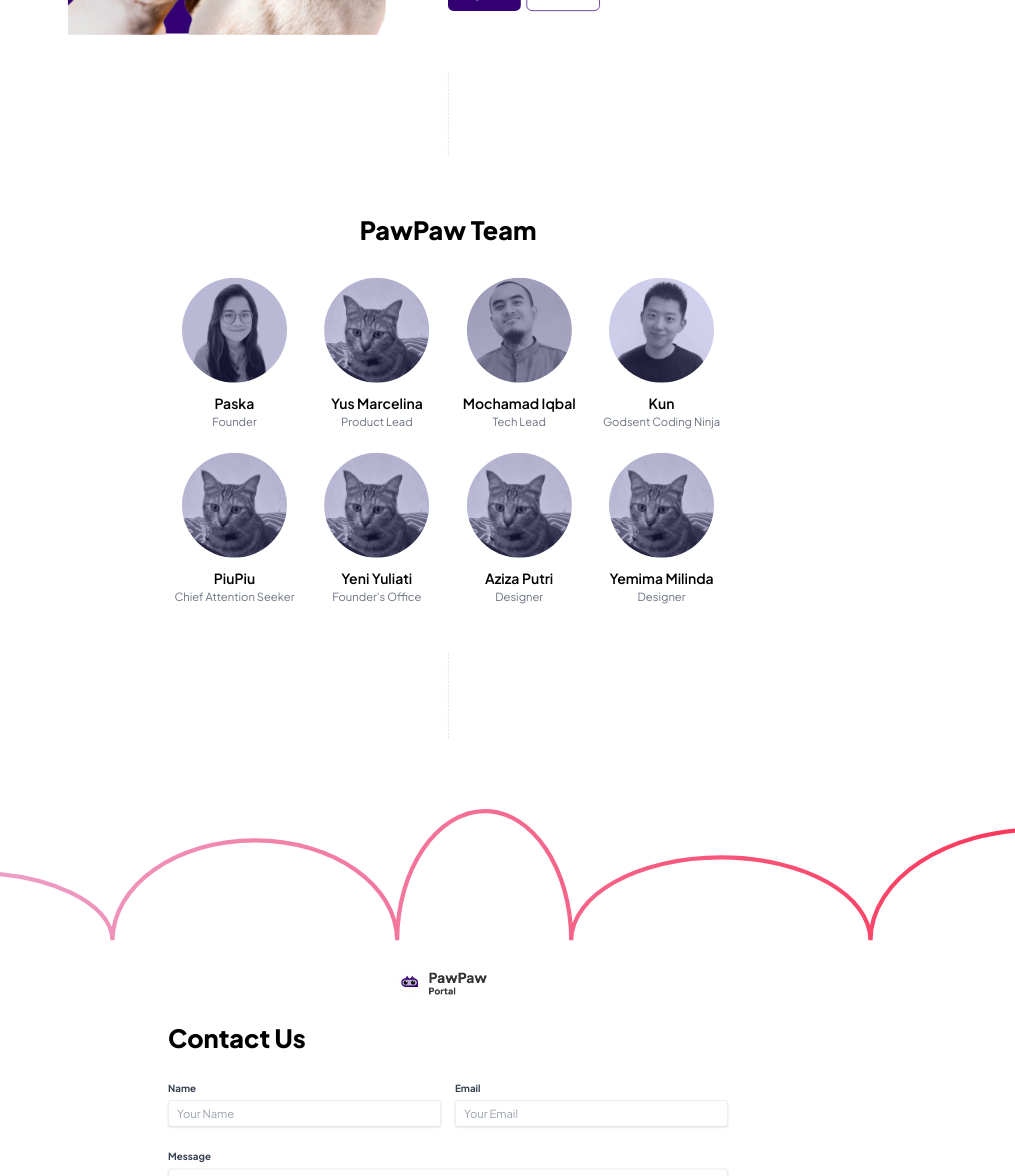
Repository: paskasiregar/pawpawwebsite
Page: /
These files come from the project's save history. The page is drawn as it stood at one moment and after the next save; the edit follows.
The browser window is 1280 px wide. The page is 1450 px wide, so the pictures cover 1450 px, including what lies to the right of the window. The pictures show the part of the page from y = 1474 to 3154 px (the page is 4024 px tall), at 70% of full size.
The project was rebuilt for these pictures with package versions that can differ from the ones it lists, and the page was loaded fresh each time. The framework's server and built-in components were replaced by stand-ins that run in the browser. Also part of the build but not shown: next.config.js, next.config.mjs.

Above is the page before, as saved 2024-09-06 12:14:00.

### src/app/layout.js
import { Inter } from "next/font/google";
import "./globals.css";

const inter = Inter({ subsets: ["latin"] });

export const metadata = {
  title: "PawPaw Portal | Your One-Stop Shelter",
  description: "Your One-Stop Shelter",
};

export default function RootLayout({ children }) {
  return (
    <html lang="en">
      <meta
        name="google-adsense-account"
        content="ca-pub-4770655134097556"
      ></meta>
      <body className={inter.className}>{children}</body>
    </html>
  );
}

### src/app/page.js
import { Contact } from "@/components/contact";
import { Divider } from "@/components/divider";
import { Footer } from "@/components/footer";
import { Header } from "@/components/header";
import CTA from "@/components/CTA";
import Hero from "@/components/hero";
import PrimaryButton from "@/components/primaryButton";
import SecButton from "@/components/secButton";
import Image from "next/image";
import bannerImage from "../assets/banner.png";
import logoHeaderImage from "../assets/banner-10.png";
import Link from "next/link";
import Head from "next/head";
import piupiu from "../assets/piupiu.png";
import paska from "../assets/paska.png";
import iqbal from "../assets/iqbal.png";
import kun from "../assets/kun.png";

export default async function Home() {
  return (
    <div className="w-full font-plus-jakarta m-auto flex min-h-screen flex-col items-center justify-between">
      <Head>
        <script
          async
          src="https://pagead2.googlesyndication.com/pagead/js/adsbygoogle.js?client=ca-pub-4770655134097556"
          crossorigin="anonymous"
        ></script>
      </Head>
      <section className="w-full">
        <div className="centeredcontainer main-container">
          <Header />
        </div>
        <main className="main-container">
          <Hero />
          <Divider />
          <div className="self-stretch bg-white flex flex-col md:flex-row">
            <div className="flex-1 relative h-48 md:h-[489px] z-[0] flex items-center justify-center">
              <Image
                className="w-[80%] h-auto object-cover"
                alt="banner"
                src={bannerImage}
                width={200}
                height={200}
              />
            </div>

            {/* How it works */}
            <div
              id="how-it-works"
              className="flex-1 flex flex-col items-center md:items-start justify-center gap-4 z-[1] p-4 md:p-8"
            >
              <div className="space-y-4">
                <div className="flex justify-center md:justify-start">
                  <svg
                    width="130"
                    height="77"
                    viewBox="0 0 130 77"
                    fill="none"
                    xmlns="http://www.w3.org/2000/svg"
                  >
                    <path
                      d="M2.04016 48.038C39.1938 19.0059 75.4362 75.5193 75.4362 75.5193C58.6481 44.4597 70.5515 14.7701 105.05 54.8444C105.05 54.8444 88.8644 34.0647 127.885 2.52962"
                      stroke="url(#paint0_linear_545_35744)"
                      strokeWidth="4.42591"
                      strokeMiterlimit="10"
                      strokeLinejoin="bevel"
                    />
                    <defs>
                      <linearGradient
                        id="paint0_linear_545_35744"
                        x1="19.971"
                        y1="73.8863"
                        x2="126.116"
                        y2="-0.218346"
                        gradientUnits="userSpaceOnUse"
                      >
                        <stop offset="0.2868" stopColor="#E9404C" />
                        <stop offset="0.2967" stopColor="#EA475C" />
                        <stop offset="0.3252" stopColor="#EB5B85" />
                        <stop offset="0.3554" stopColor="#EB6CA8" />
                        <stop offset="0.3871" stopColor="#EC79C5" />
                        <stop offset="0.4209" stopColor="#EC84DB" />
                        <stop offset="0.4577" stopColor="#ED8BEB" />
                        <stop offset="0.4998" stopColor="#ED90F4" />
                        <stop offset="0.5589" stopColor="#ED91F7" />
                      </linearGradient>
                    </defs>
                  </svg>
                </div>
                <div className="hidden md:flex items-center justify-center">
                  <Image
                    className="w-36 h-10 object-cover"
                    alt="Logo"
                    src={logoHeaderImage}
                    width={120}
                    height={20}
                  />
                </div>
                <div className="flex flex-col items-center md:items-start">
                  <div className="relative font-extrabold text-2xl md:text-4xl text-center md:text-left">
                    How PawPaw Portal Works
                  </div>
                </div>
                <div className="self-stretch flex flex-col md:flex-row items-center md:items-start justify-start text-lg md:text-xl text-gray-500">
                  <div className="flex-1 flex flex-col items-center md:items-start justify-start">
                    <div className="self-stretch">
                      <p className="m-0 text-center md:text-left">
                        Every video you watch on our app can help animals in
                        need. Fun, isn&apos;t it?
                      </p>
                      <p className="m-2"></p>
                      <p className="m-0 text-center md:text-left">
                        Join us at PawPaw Portal, where animal lovers and
                        shelters meet. Let&apos;s make a difference together!
                      </p>
                    </div>
                  </div>
                </div>
                <div className="flex flex-col md:flex-row gap-2">
                  <PrimaryButton href="https://game.pawpawportal.com">
                    Play Now
                  </PrimaryButton>
                  <Link
                    href="#about-us"
                    className="flex flex-col md:flex-row gap-2"
                  >
                    <SecButton>About Us</SecButton>
                  </Link>
                </div>
              </div>
            </div>
          </div>

          {/* Team */}
          <Divider />
          <div
            id="team"
            className="flex-1 flex flex-col items-center md:items-center justify-center gap-4 z-[1] p-4 md:p-8"
          >
            <div className="space-y-4 justify-center">
              <div className="flex justify-center md:justify-center"></div>

              <div className="flex flex-col items-center md:items-center mb-8">
                <div className="relative font-extrabold text-2xl md:text-4xl text-center md:text-center mb-8">
                  PawPaw Team
                </div>
              </div>

              <div className="grid grid-cols-1 md:grid-cols-2 lg:grid-cols-4 gap-6 md:gap-8 justify-center">
                {/* Paska */}
                <div className="flex flex-col items-center">
                  <Image
                    className="rounded-full object-cover"
                    alt="Paska"
                    src={paska}
                    width={150}
                    height={150}
                    sizes="(max-width: 768px) 100px, (max-width: 1200px) 150px, 200px"
                  />
                  <div className="text-xl font-semibold mt-4">Paska</div>
                  <div className="text-gray-500">Founder</div>
                </div>

                {/* Kak Yus */}
                <div className="flex flex-col items-center">
                  <Image
                    className="rounded-full object-cover"
                    alt="Yus Marcelina"
                    src={piupiu}
                    width={150}
                    height={150}
                    sizes="(max-width: 768px) 100px, (max-width: 1200px) 150px, 200px"
                  />
                  <div className="text-xl font-semibold mt-4">
                    Yus Marcelina
                  </div>
                  <div className="text-gray-500">Product Lead</div>
                </div>

                {/* Mas Iqbal */}
                <div className="flex flex-col items-center">
                  <Image
                    className="rounded-full object-cover"
                    alt="Moch Iqbal"
                    src={iqbal}
                    width={150}
                    height={150}
                    sizes="(max-width: 768px) 100px, (max-width: 1200px) 150px, 200px"
                  />
                  <div className="text-xl font-semibold mt-4">
                    Mochamad Iqbal
                  </div>
                  <div className="text-gray-500">Tech Lead</div>
                </div>

                {/* Kun */}
                <div className="flex flex-col items-center">
                  <Image
                    className="rounded-full object-cover"
                    alt="Kun"
                    src={kun}
                    width={150}
                    height={150}
                    sizes="(max-width: 768px) 100px, (max-width: 1200px) 150px, 200px"
                  />
                  <div className="text-xl font-semibold mt-4">Kun</div>
                  <div className="text-gray-500">Godsent Coding Ninja</div>
                </div>

                {/* PiuPiu */}
                <div className="flex flex-col items-center">
                  <Image
                    className="rounded-full object-cover"
                    alt="PiuPiu"
                    src={piupiu}
                    width={150}
                    height={150}
                    sizes="(max-width: 768px) 100px, (max-width: 1200px) 150px, 200px"
                  />
                  <div className="text-xl font-semibold mt-4">PiuPiu</div>
                  <div className="text-gray-500">Chief Attention Seeker</div>
                </div>

                {/* Julie */}
                <div className="flex flex-col items-center">
                  <Image
                    className="rounded-full object-cover"
                    alt="Julie"
                    src={piupiu}
                    width={150}
                    height={150}
                    sizes="(max-width: 768px) 100px, (max-width: 1200px) 150px, 200px"
                  />
                  <div className="text-xl font-semibold mt-4">Yeni Yuliati</div>
                  <div className="text-gray-500">Founder's Office</div>
                </div>

                {/* Aziza */}
                <div className="flex flex-col items-center">
                  <Image
                    className="rounded-full object-cover"
                    alt="Aziza"
                    src={piupiu}
                    width={150}
                    height={150}
                    sizes="(max-width: 768px) 100px, (max-width: 1200px) 150px, 200px"
                  />
                  <div className="text-xl font-semibold mt-4">Aziza Putri</div>
                  <div className="text-gray-500">Designer</div>
                </div>

                {/* Yemima */}
                <div className="flex flex-col items-center">
                  <Image
                    className="rounded-full object-cover"
                    alt="Yemima"
                    src={piupiu}
                    width={150}
                    height={150}
                    sizes="(max-width: 768px) 100px, (max-width: 1200px) 150px, 200px"
                  />
                  <div className="text-xl font-semibold mt-4">
                    Yemima Milinda
                  </div>
                  <div className="text-gray-500">Designer</div>
                </div>
              </div>
            </div>
          </div>

          <Divider />
          <Contact />
        </main>
        <div className="w-full">
          <div>
            <CTA />
          </div>
          <div id="about-us">
            <Footer />
          </div>
        </div>
      </section>
    </div>
  );
}

### src/components/divider.jsx
export const Divider = () => {
  return (
    <div className="self-stretch h-[195px] flex flex-row items-center justify-center py-16 px-[130px] box-border">
      <div className="w-px relative box-border h-[121px] border-r-[1px] border-dashed border-gray-300" />
    </div>
  );
};

### src/components/header.jsx
import Link from "next/link";
import PrimaryButton from "@/components/primaryButton";
import React from "react";
import Image from "next/image";
import logoHeaderImage from "../assets/banner-10.png";

export const Header = () => {
  return (
    <div className="font-plus-jakarta w-full flex flex-col items-center justify-center text-left text-gray-500">
      <div className="self-stretch bg-white flex flex-col items-center justify-center text-sm">
        <div className="w-full header-content p-2.5 box-border">
          <Link href="/">
            {" "}
            {/* Homepage */}
            <Image
              className="w-36 h-10 object-cover"
              alt="Logo"
              src={logoHeaderImage}
              width={120}
              height={20}
            />
          </Link>
          <div className="hidden md:flex flex-row items-center justify-center gap-8">
            <div>
              <Link href="#how-it-works">How It Works</Link>
            </div>
            <div>
              <Link href="#about-us">About Us</Link>
            </div>
            <div>
              <Link href="/privacy">Privacy Policy</Link>
            </div>
          </div>
          <div className="header-logo-button">
            <PrimaryButton href="https://game.pawpawportal.com">
              Be Our Hero Today!
            </PrimaryButton>
          </div>
        </div>
      </div>
    </div>
  );
};

export default Header;

### src/components/CTA.jsx
import React from "react";
import Link from "next/link";

const CTA = () => {
  return (
    <div className="cta-container font-plus-jakarta p-4 md:p-8 flex flex-col md:flex-row items-center justify-center">
      <svg
        className="cta-decoration mb-4 md:mb-0 md:mr-4"
        width="48"
        height="46"
        viewBox="0 0 48 46"
        fill="none"
        xmlns="http://www.w3.org/2000/svg"
      >
        <path
          d="M2 46C2 27.296 29.551 30.0086 36.5736 34.5625C36.5736 34.5625 14.4611 2 47.5714 2"
          stroke="url(#cta_gradient)"
          strokeWidth="3.92857"
          strokeMiterlimit="10"
          strokeLinejoin="bevel"
        />
        <defs>
          <linearGradient
            id="cta_gradient"
            x1="37.3571"
            y1="2"
            x2="7.5"
            y2="46"
            gradientUnits="userSpaceOnUse"
          >
            <stop stopColor="#FF2445" />
            <stop offset="1" stopColor="#F5AB0E" />
          </linearGradient>
        </defs>
      </svg>
      <Link href="https://game.pawpawportal.com">
        <div className="cta-button text-center bg-gradient-to-r from-orange-500 to-pink-500 text-white font-bold py-2 px-4 rounded-lg shadow-lg cursor-pointer">
          Play Our Game Now
        </div>
      </Link>
    </div>
  );
};

export default CTA;

### src/components/primaryButton.jsx
import React from "react";

const PrimaryButton = ({ children, onClick }) => {
  return (
    <button
      className="self-stretch bg-inherit-320071 hover:bg-blue-700 text-white font-bold px-4 py-3 rounded-lg"
      onClick={onClick}
    >
      {children}
    </button>
  );
};

export default PrimaryButton;

### src/components/secButton.jsx
import React from "react";

const SecButton = ({ children, onClick }) => {
  return (
    <button
      className="bg-white border border-inherit-320071 text-inherit-320071 font-bold py-2 px-4 rounded-lg"
      onClick={onClick}
    >
      {children}
    </button>
  );
};

export default SecButton;

### src/components/nameInput.jsx
import React from "react";

const NameInput = ({ value, onChange }) => {
  return (
    <div className="mb-4">
      <label
        className="block text-gray-700 text-sm font-bold mb-2"
        htmlFor="name"
      >
        Name
      </label>
      <input
        id="name"
        type="text"
        value={value}
        onChange={onChange}
        className="shadow appearance-none border rounded w-full py-2 px-3 text-gray-700 leading-tight focus:outline-none focus:shadow-outline"
        placeholder="Your Name"
      />
    </div>
  );
};

export default NameInput;

### src/components/emailInput.jsx
import React from "react";

const EmailInput = ({ value, onChange }) => {
  return (
    <div className="mb-4">
      <label
        className="block text-gray-700 text-sm font-bold mb-2"
        htmlFor="email"
      >
        Email
      </label>
      <input
        id="email"
        type="email"
        value={value}
        onChange={onChange}
        className="shadow appearance-none border rounded w-full py-2 px-3 text-gray-700 leading-tight focus:outline-none focus:shadow-outline"
        placeholder="Your Email"
      />
    </div>
  );
};

export default EmailInput;

### src/components/mesageInput.jsx
import React from "react";

const MessageInput = ({ value, onChange }) => {
  return (
    <div className="mb-4">
      <label
        className="block text-gray-700 text-sm font-bold mb-2"
        htmlFor="message"
      >
        Message
      </label>
      <textarea
        id="message"
        value={value}
        onChange={onChange}
        className="shadow appearance-none border rounded w-full py-2 px-3 text-gray-700 leading-tight focus:outline-none focus:shadow-outline"
        placeholder="Your Message"
        rows="5"
      />
    </div>
  );
};

export default MessageInput;

Loaded but not shown: tailwind.config.js (24 lines, source omitted); src/components/hero.jsx (211 lines, source omitted); src/components/footer.jsx (175 lines, source omitted); src/components/contact.jsx (94 lines, source omitted); src/app/globals.css (122 lines, source omitted)

After the next save:
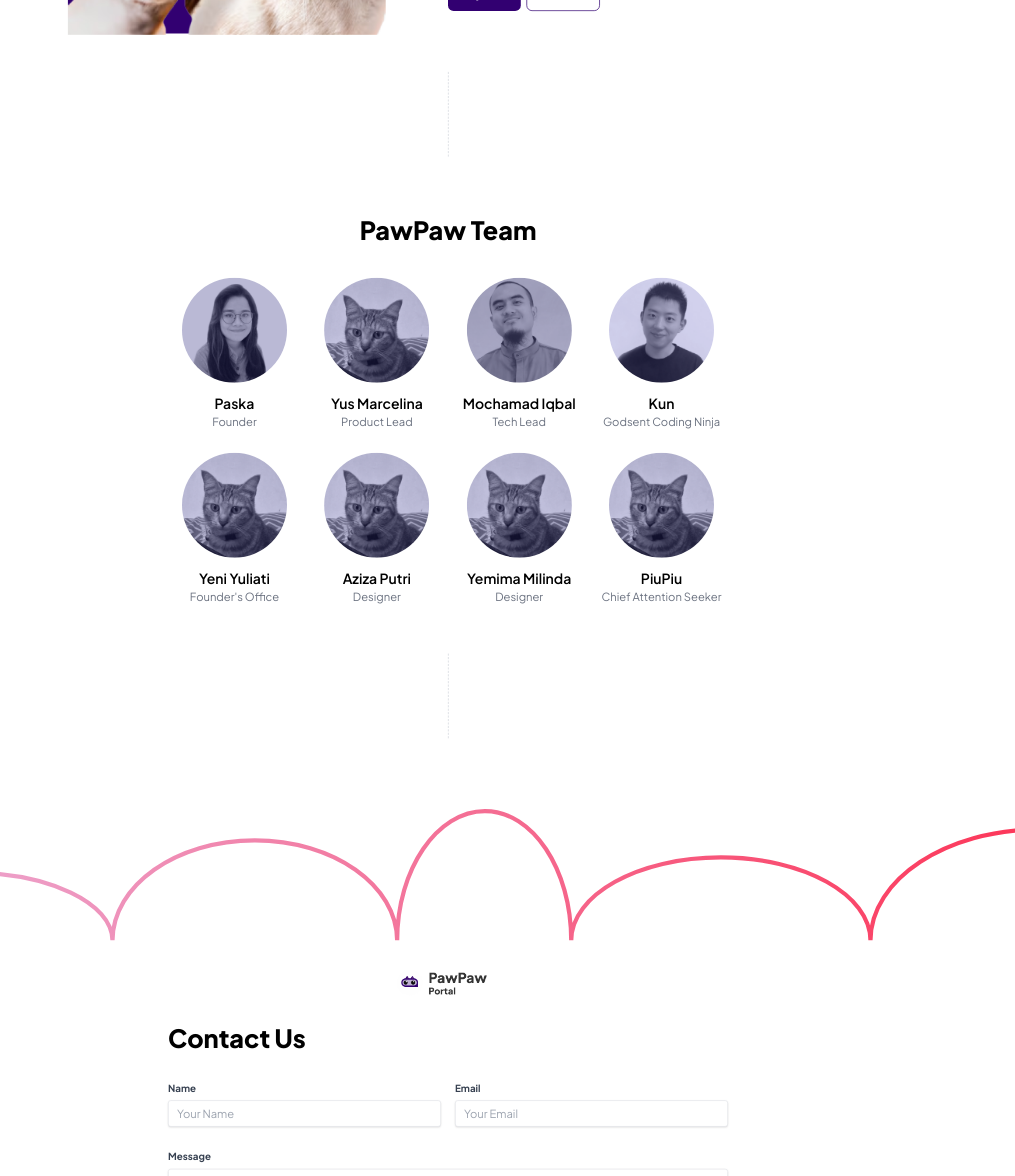
Saved 21 s later.
--- a/src/app/page.js
+++ b/src/app/page.js
@@ -207,6 +207,50 @@ export default async function Home() {
                   <div className="text-gray-500">Godsent Coding Ninja</div>
                 </div>
 
+                {/* Julie */}
+                <div className="flex flex-col items-center">
+                  <Image
+                    className="rounded-full object-cover"
+                    alt="Julie"
+                    src={piupiu}
+                    width={150}
+                    height={150}
+                    sizes="(max-width: 768px) 100px, (max-width: 1200px) 150px, 200px"
+                  />
+                  <div className="text-xl font-semibold mt-4">Yeni Yuliati</div>
+                  <div className="text-gray-500">Founder's Office</div>
+                </div>
+
+                {/* Aziza */}
+                <div className="flex flex-col items-center">
+                  <Image
+                    className="rounded-full object-cover"
+                    alt="Aziza"
+                    src={piupiu}
+                    width={150}
+                    height={150}
+                    sizes="(max-width: 768px) 100px, (max-width: 1200px) 150px, 200px"
+                  />
+                  <div className="text-xl font-semibold mt-4">Aziza Putri</div>
+                  <div className="text-gray-500">Designer</div>
+                </div>
+
+                {/* Yemima */}
+                <div className="flex flex-col items-center">
+                  <Image
+                    className="rounded-full object-cover"
+                    alt="Yemima"
+                    src={piupiu}
+                    width={150}
+                    height={150}
+                    sizes="(max-width: 768px) 100px, (max-width: 1200px) 150px, 200px"
+                  />
+                  <div className="text-xl font-semibold mt-4">
+                    Yemima Milinda
+                  </div>
+                  <div className="text-gray-500">Designer</div>
+                </div>
+
                 {/* PiuPiu */}
                 <div className="flex flex-col items-center">
                   <Image
@@ -219,50 +263,6 @@ export default async function Home() {
                   />
                   <div className="text-xl font-semibold mt-4">PiuPiu</div>
                   <div className="text-gray-500">Chief Attention Seeker</div>
-                </div>
-
-                {/* Julie */}
-                <div className="flex flex-col items-center">
-                  <Image
-                    className="rounded-full object-cover"
-                    alt="Julie"
-                    src={piupiu}
-                    width={150}
-                    height={150}
-                    sizes="(max-width: 768px) 100px, (max-width: 1200px) 150px, 200px"
-                  />
-                  <div className="text-xl font-semibold mt-4">Yeni Yuliati</div>
-                  <div className="text-gray-500">Founder's Office</div>
-                </div>
-
-                {/* Aziza */}
-                <div className="flex flex-col items-center">
-                  <Image
-                    className="rounded-full object-cover"
-                    alt="Aziza"
-                    src={piupiu}
-                    width={150}
-                    height={150}
-                    sizes="(max-width: 768px) 100px, (max-width: 1200px) 150px, 200px"
-                  />
-                  <div className="text-xl font-semibold mt-4">Aziza Putri</div>
-                  <div className="text-gray-500">Designer</div>
-                </div>
-
-                {/* Yemima */}
-                <div className="flex flex-col items-center">
-                  <Image
-                    className="rounded-full object-cover"
-                    alt="Yemima"
-                    src={piupiu}
-                    width={150}
-                    height={150}
-                    sizes="(max-width: 768px) 100px, (max-width: 1200px) 150px, 200px"
-                  />
-                  <div className="text-xl font-semibold mt-4">
-                    Yemima Milinda
-                  </div>
-                  <div className="text-gray-500">Designer</div>
                 </div>
               </div>
             </div>
